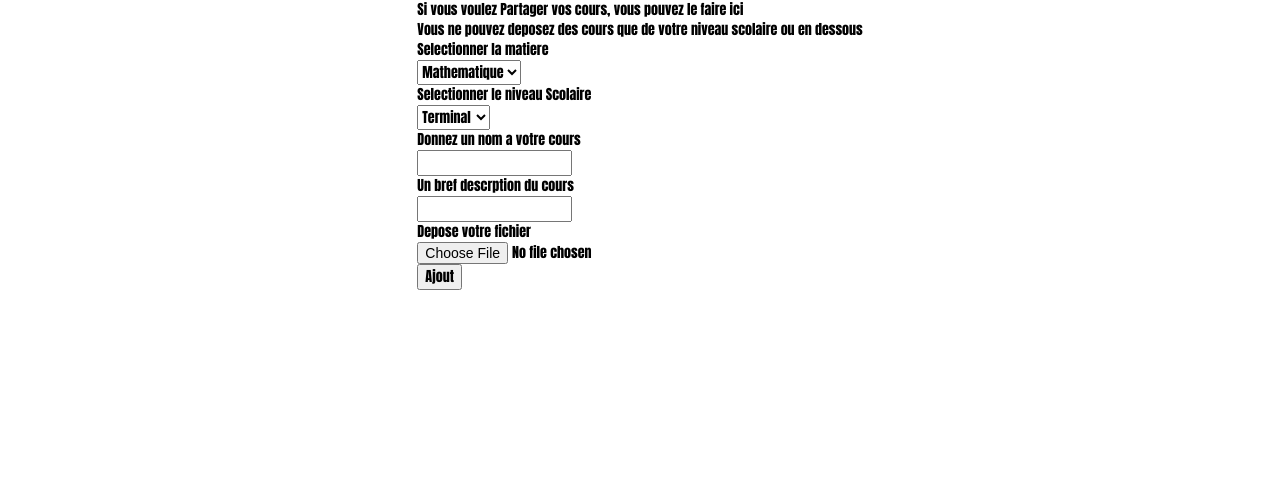
Repository: AntoAnt/WikiScolaire-
Page: http://localhost/InterfaceWikiScolair/WEB-INF/AjoutCours.jsp
An editor plug-in stored every save of this project. The page is shown before and after the next save, followed by the edit.
The browser window is 1280 px wide. The pictures show the whole page.
Some web fonts or font styles are not loaded; a fallback is used. The page is served by Tomcat 9. Nobody is signed in. The template is opened directly, without the code that normally fills it, so the values that code supplies are empty.

Above is the page before, as saved 2017-04-27 17:02:24.

After the next save:
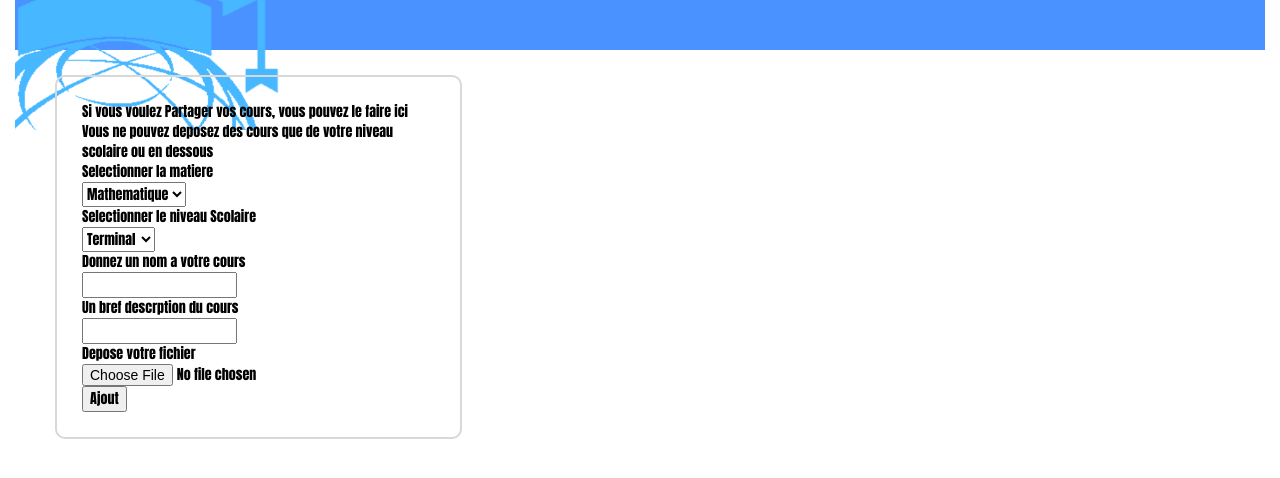
Saved 22 s later.
--- a/InterfaceWikiScolair/WebContent/WEB-INF/AjoutCours.jsp
+++ b/InterfaceWikiScolair/WebContent/WEB-INF/AjoutCours.jsp
@@ -14,9 +14,21 @@
 <title>Ajout Cours</title>
 </head>
 <body>
+<div class="container-fluid">
 
+            <img src="/InterfaceWikiScolair/image/testelogo.png" class="superpose"/>
 
-<center>
+            <!--Navbar-->
+            <nav class="bar">
+                <div class="container">
+                    <ul class="nav navbar-nav navbar-right">
+                        <li class="">
+						</li>
+                    </ul>
+                </div>
+            </nav>
+	<div class="container-fluid">
+                <div class="col-xs-12 col-sm-12 col-lg-4 col-md-4 doc">
 <form method="post" action="/InterfaceWikiScolair/ControleurPrincipal?idaction=Insert_cours">
 		<table>
 			<tr><td>Si vous voulez Partager vos cours, vous pouvez le faire ici</td></tr>
